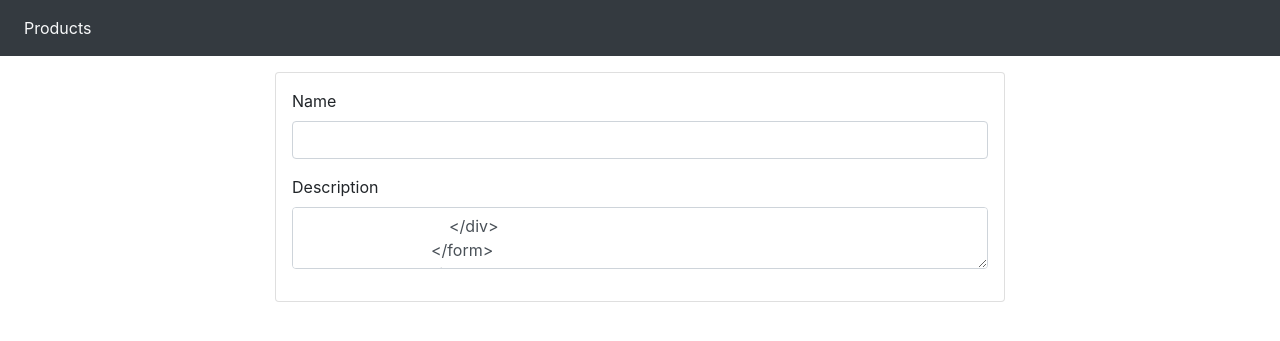
Repository: Aniksaha19/curd
Page: http://localhost/product/create
These files come from the project's save history. The page is drawn as it stood at one moment and after a run of saves; the edit follows.
The browser window is 1280 px wide. The pictures show the whole page.
The page is served by the project's Laravel application, run on PHP 8.4 with Laravel 10. Other server files are loaded and not shown.

Above is the page before, as saved 2023-06-01 16:44:09.

### routes/web.php
<?php

use Illuminate\Support\Facades\Route;
use App\Http\Controllers\ProductController;

/*
|--------------------------------------------------------------------------
| Web Routes
|--------------------------------------------------------------------------
|
| Here is where you can register web routes for your application. These
| routes are loaded by the RouteServiceProvider and all of them will
| be assigned to the "web" middleware group. Make something great!
|
*/

Route::get('/', [ProductController::class, 'index'])->name('products.index');
Route::get('product/create', [ProductController::class, 'create'])->name('products.create');

### app/Http/Controllers/ProductController.php
<?php

namespace App\Http\Controllers;

use Illuminate\Http\Request;

class ProductController extends Controller
{
    public function index(){
        return view('products.index');
    }
    public function create(){
        return view('products.create');
    }
}

### resources/views/products/create.blade.php
<!DOCTYPE html>
<html lang="en">
<head>
    <meta charset="UTF-8">
    <meta http-equiv="X-UA-Compatible" content="IE=edge">
    <meta name="viewport" content="width=device-width, initial-scale=1.0">
    <title>Laravel CURD</title>

    <link rel="stylesheet" href="https://cdn.jsdelivr.net/npm/bootstrap@4.6.2/dist/css/bootstrap.min.css">
    <script src="https://cdn.jsdelivr.net/npm/jquery@3.6.4/dist/jquery.slim.min.js"></script>
    <script src="https://cdn.jsdelivr.net/npm/popper.js@1.16.1/dist/umd/popper.min.js"></script>
    <script src="https://cdn.jsdelivr.net/npm/bootstrap@4.6.2/dist/js/bootstrap.bundle.min.js"></script>
</head>
<body>

        <nav class="navbar navbar-expand-sm bg-dark">
            <ul class="navbar-nav">
                <li class="nav-item">
                    <a class="nav-link text-light" href="/">Products</a>
                </li>
            </ul>
        </nav>
           <div class="container">
                <div class="row justify-content-center">
                    <div class="col-sm-8">
                        <div class="card mt-3 p-3">
                            <form method="POST">
                                @csrf
                                <div class="form-group">
                                    <label>Name</label>
                                    <input type="text" name="name" class="form-control"/>
                                </div>
                                <div class="form-group">
                                    <label>Description</label>
                                    <textarea class="form-control"/>
                                </div>
                            </form>
                        </div>
                    </div>
                </div>
           </div>
        </div>
</body>
</html>

Loaded but not shown: app/Http/Controllers/Controller.php (common file)

After the next 2 saves:
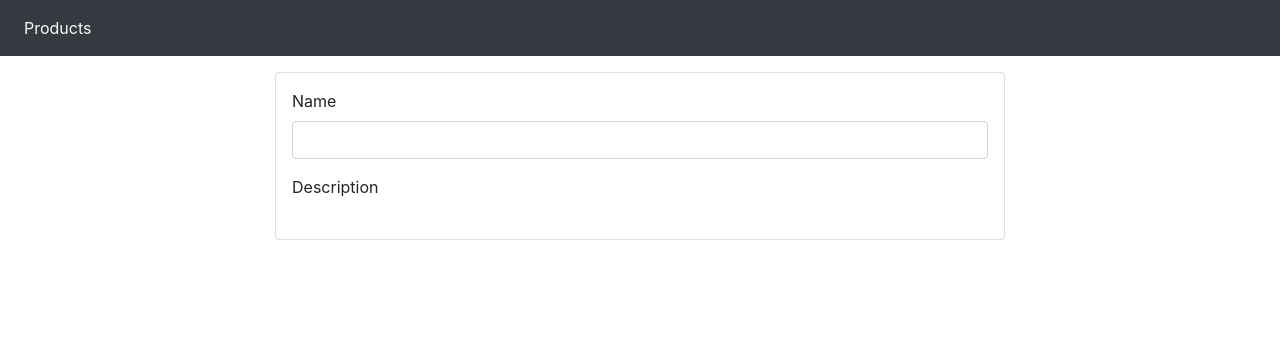
The 2 saves are shown as one change because they came seconds apart.
The last was saved 7 s later.
--- a/resources/views/products/create.blade.php
+++ b/resources/views/products/create.blade.php
@@ -32,7 +32,7 @@
                                 </div>
                                 <div class="form-group">
                                     <label>Description</label>
-                                    <textarea class="form-control"/>
+                                    <textarea class="form-control" name="des/>
                                 </div>
                             </form>
                         </div>

After the 2 saves that followed:
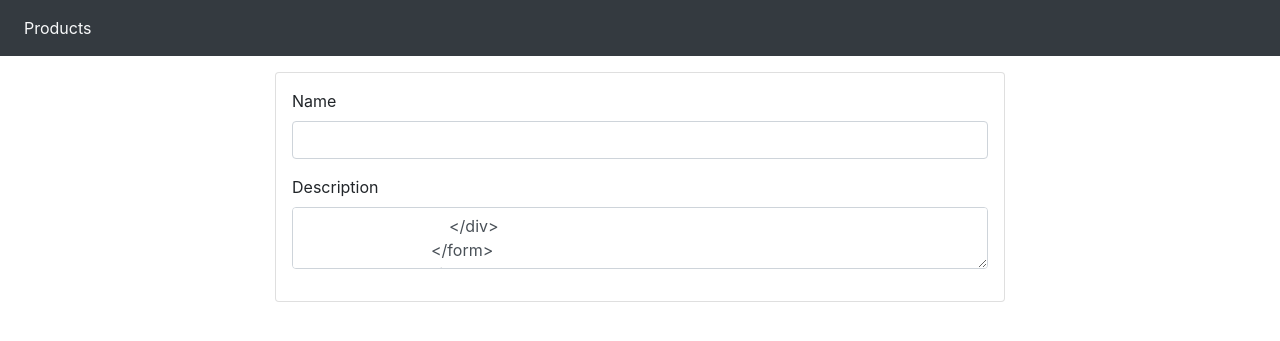
The 2 saves are shown as one change because they came seconds apart.
The last was saved 6 s later.
--- a/resources/views/products/create.blade.php
+++ b/resources/views/products/create.blade.php
@@ -32,7 +32,7 @@
                                 </div>
                                 <div class="form-group">
                                     <label>Description</label>
-                                    <textarea class="form-control" name="des/>
+                                    <textarea class="form-control" name="description"/>
                                 </div>
                             </form>
                         </div>
